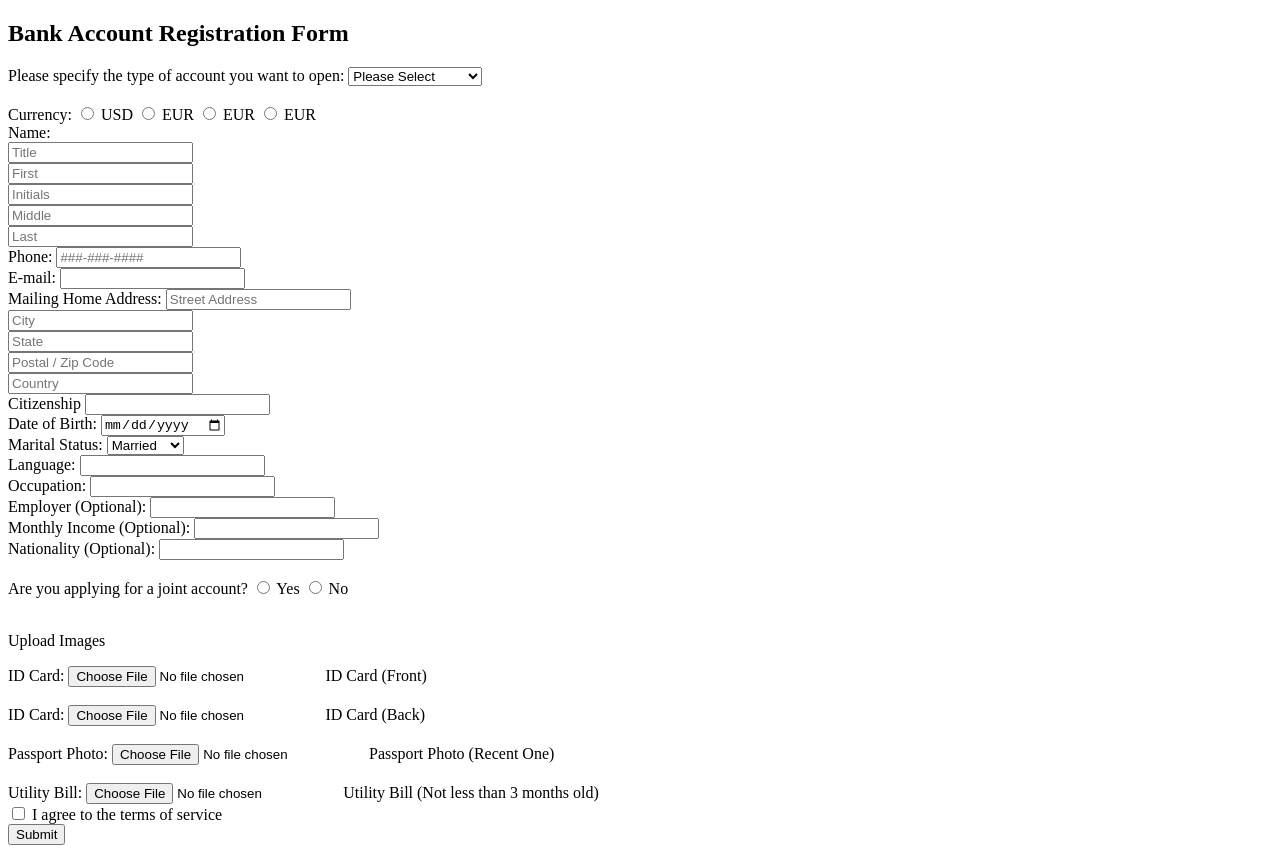
Repository: hizeetech/First-Assignment
Page: sign_up.html
These files come from the project's save history. The page is drawn as it stood at one moment and after a run of saves; the edit follows.
The browser window is 1280 px wide. The pictures show the whole page.

Above is the page before, as saved 2024-11-09 02:45:54.

### sign_up.html
<!DOCTYPE html>
<html lang="en">
<head>
    <meta charset="UTF-8">
    <meta name="viewport" content="width=device-width, initial-scale=1.0">
    <title>Bank Account Registration Form</title>

</head>
<body>

<div>
    <h2>Bank Account Registration Form</h2>
    <form action="#" method="post">

        <div>
            <label for="account-type">Please specify the type of account you want to open:</label>
            <select id="account-type" name="account_type" required>
                <option value="">Please Select</option>
                <option value="savings">Savings Account</option>
                <option value="current">Current Account</option>
                <option value="corporate">Corporate Account</option>
            </select>
        </div>
        <br>
        <div>
            <label>Currency:</label>
            <label><input type="radio" name="currency" value="NGN" required> USD</label>
            <label><input type="radio" name="currency" value="USD"> EUR</label>
            <label><input type="radio" name="currency" value="EUR"> EUR</label>
            <label><input type="radio" name="currency" value="POUNDS"> EUR</label>
        </div>

        <div>
            <label for="title">Name:</label>
            <div class="inline"><input type="text" id="title" name="title" placeholder="Title"></div>
            <div class="inline"><input type="text" name="first_name" placeholder="First" required></div>
            <div class="inline"><input type="text" name="initials" placeholder="Initials"></div>
            <div class="inline"><input type="text" name="middle_name" placeholder="Middle"></div>
            <input type="text" name="last_name" placeholder="Last" required>
        </div>

        <div>
            <label for="phone">Phone:</label>
            <input type="tel" id="phone" name="phone" placeholder="###-###-####" required>
        </div>

        <div>
            <label for="email">E-mail:</label>
            <input type="email" id="email" name="email" required>
        </div>

        <div>
            <label for="address">Mailing Home Address:</label>
            <input type="text" id="address" name="address" placeholder="Street Address" required>
            <div class="inline"><input type="text" name="city" placeholder="City" required></div>
            <div class="inline"><input type="text" name="state" placeholder="State" required></div>
            <div class="inline"><input type="text" name="postal_code" placeholder="Postal / Zip Code" required></div>
            <input type="text" name="country" placeholder="Country" required>
        </div>

        <div>
            <label for="citizenship">Citizenship</label>
            <input type="citizenship" id="citizenship" name="citizenship" required>
        </div>

        <div>
            <label for="dob">Date of Birth:</label>
            <input type="date" id="dob" name="dob" required>
        </div>

        <div>
            <label for="marital-status">Marital Status:</label>
            <select id="marital-status" name="marital_status" required>
                <option value="married">Married</option>
                <option value="single">Single</option>
                <option value="divorced">Divorced</option>
                <option value="widowed">Widowed</option>
            </select>
        </div>

        <div>
            <label for="language">Language:</label>
            <input type="text" id="language" name="language" required>
        </div>
        <div>
            <label for="occupation">Occupation:</label>
            <input type="text" id="occupation" name="occupation" required>
        </div>
        <div>
            <label for="employer">Employer (Optional):</label>
            <input type="text" id="employer" name="employer">
        </div>
        <div>
            <label for="income">Monthly Income (Optional):</label>
            <input type="text" id="income" name="monthly_income">
        </div>


        <div>
            <label for="nationality">Nationality (Optional):</label>
            <input type="text" id="nationality" name="nationality">
        </div>
        <br>
        <div>
            <label>Are you applying for a joint account?</label>
            <label><input type="radio" name="joint_account" value="yes"> Yes</label>
            <label><input type="radio" name="joint_account" value="no"> No</label>
        </div>
        <br>
        <div>
            <p>Upload Images</p>
            <label for="id_card">ID Card:</label>
            <input type="file" accept="image/png, image/jpg, image/jpeg, image/webp, image/gif">
            <label for="id-card">ID Card (Front)</label><br><br>
            <label for="id_card">ID Card:</label>
            <input type="file" accept="image/png, image/jpg, image/jpeg, image/webp, image/gif">
            <label for="id-card">ID Card (Back)</label><br><br>
            <label for="passportPhoto">Passport Photo:</label>
            <input type="file" accept="image/png, image/jpg, image/jpeg, image/webp, image/gif">
            <label for="id-card">Passport Photo (Recent One)</label><br><br>
            <label for="utility_bill">Utility Bill:</label>
            <input type="file" accept="image/png, image/jpg, image/jpeg, image/webp, image/gif">
            <label for="id-card">Utility Bill (Not less than 3 months old)</label>
        </div>

        <div>
            <input type="checkbox" id="terms" name="terms" required>
            <label for="terms">I agree to the terms of service</a></label>
        </div>



        <button type="submit" class="submit-btn">Submit</button>
    </form>
</div>

</body>
</html>

After the next 2 saves:
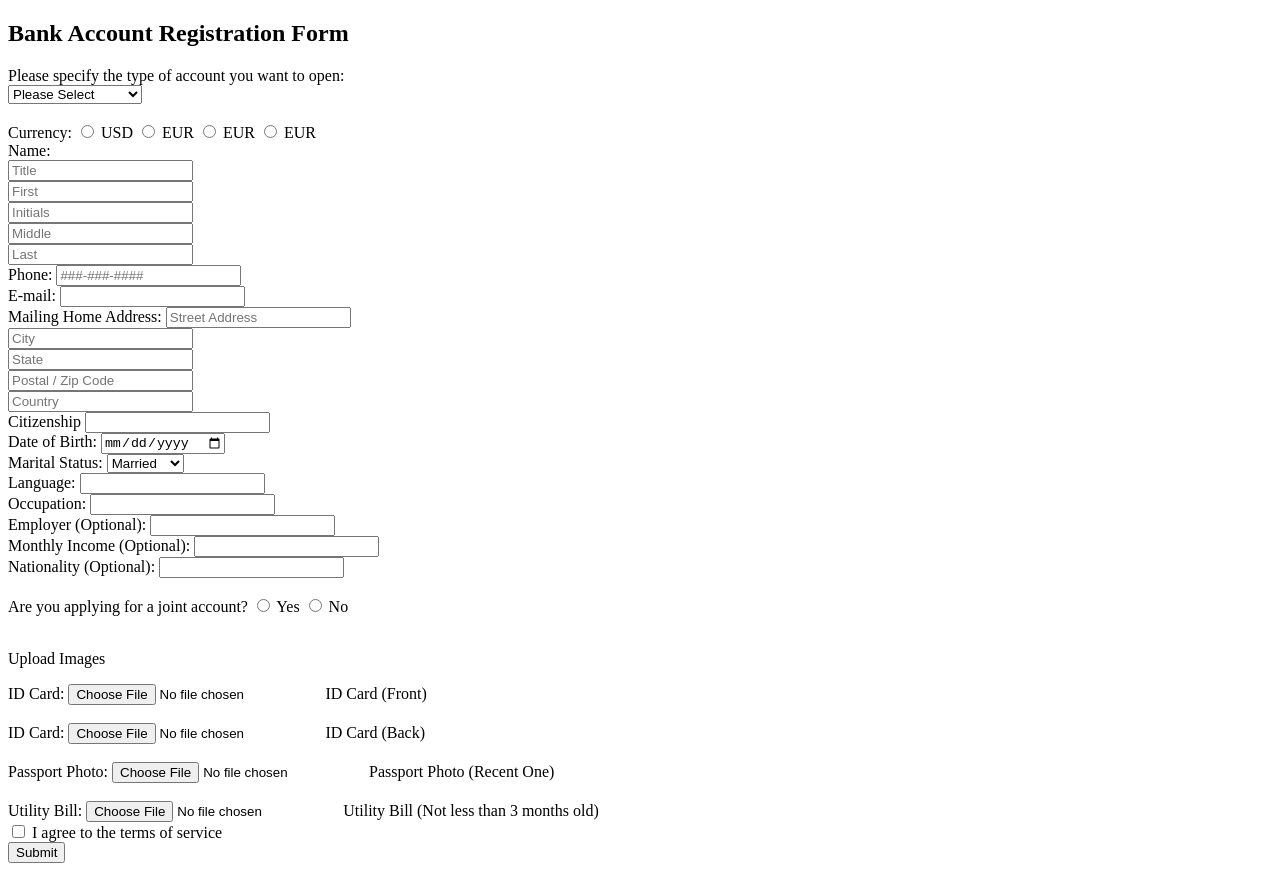
The 2 saves are shown as one change because they came seconds apart.
The last was saved 25 s later.
--- a/sign_up.html
+++ b/sign_up.html
@@ -13,7 +13,7 @@
     <form action="#" method="post">
 
         <div>
-            <label for="account-type">Please specify the type of account you want to open:</label>
+            <label for="account-type">Please specify the type of account you want to open:</label><br>
             <select id="account-type" name="account_type" required>
                 <option value="">Please Select</option>
                 <option value="savings">Savings Account</option>
